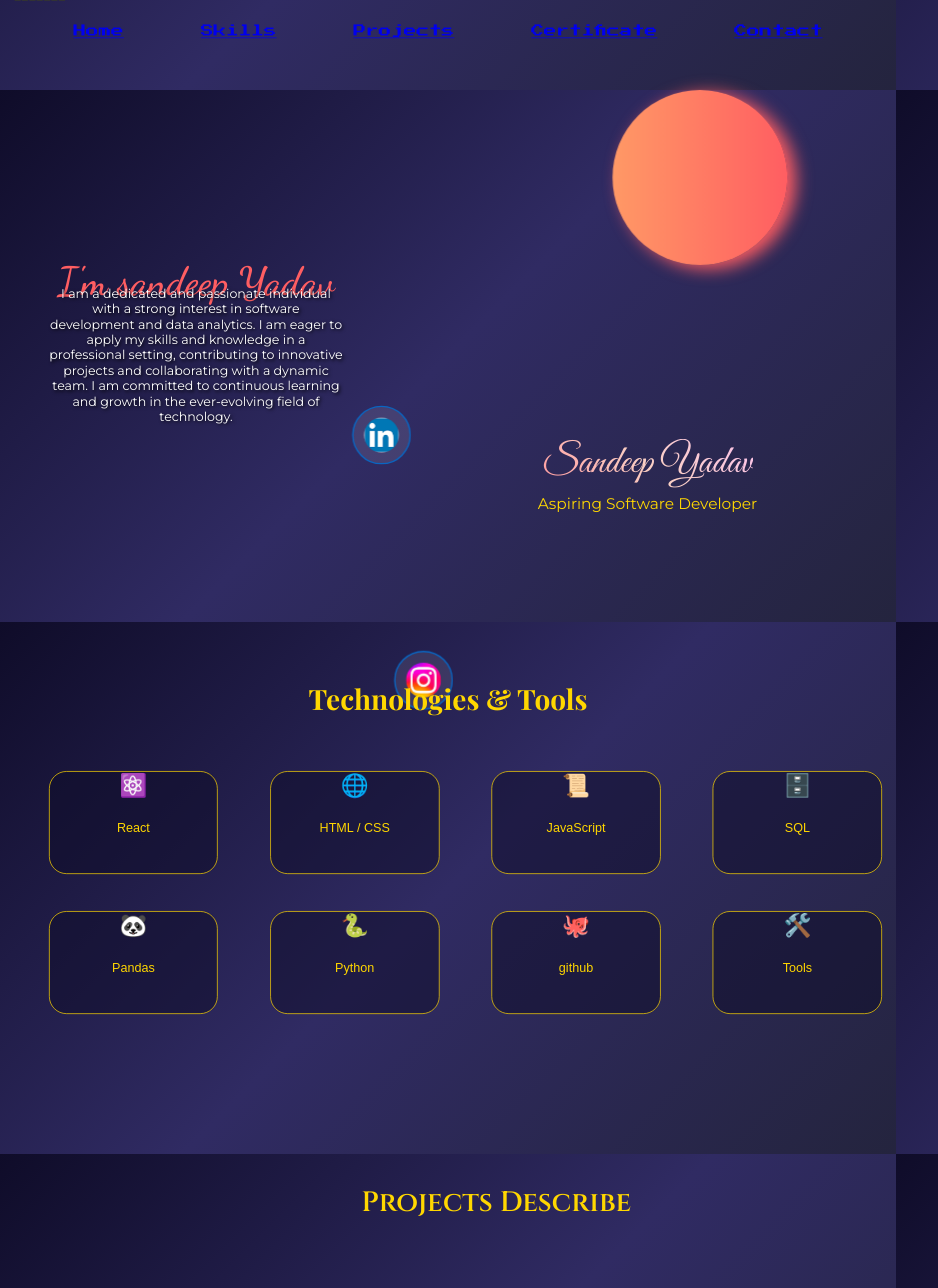
Repository: SandeepYadav18717/Sandeep_portfolio
Page: /
These files come from the project's save history. The page is drawn as it stood at one moment and after the next save; the edit follows.
The browser window is 1280 px wide. The page is 1340 px wide, so the pictures cover 1340 px, including what lies to the right of the window. The pictures show the part of the page from y = 632 to 2472 px (the page is 4565 px tall), at 70% of full size.
The project was rebuilt for these pictures with package versions that can differ from the ones it lists, and the page was loaded fresh each time. Also part of the build but not shown: vite.config.js.

Above is the page before, as saved 2025-09-03 06:02:55.

After the next save:
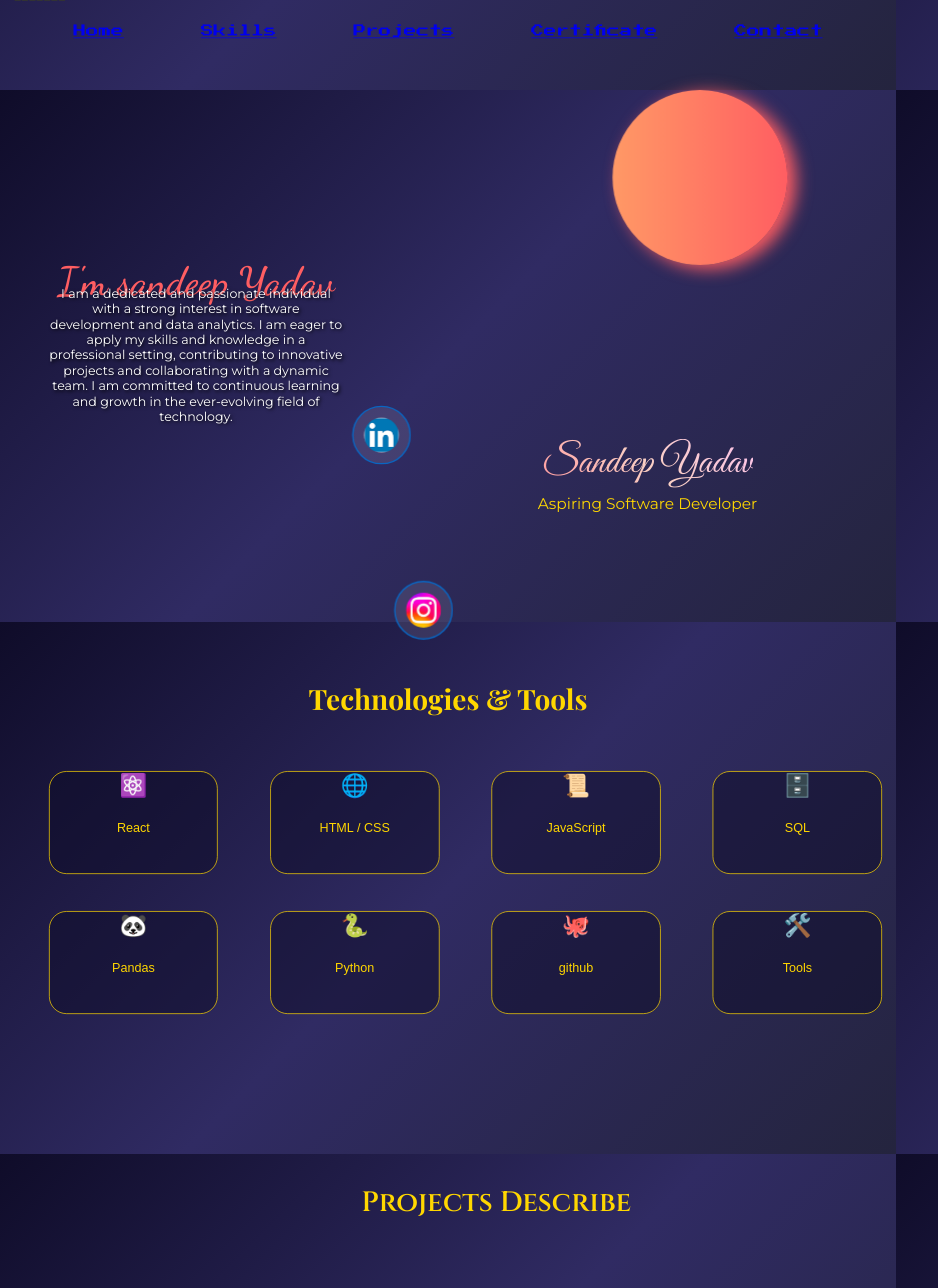
Saved 8 s later.
--- a/src/Pages/Index.jsx
+++ b/src/Pages/Index.jsx
@@ -28,7 +28,7 @@
          borderRadius: "50%",
         objectFit: "cover",
         border: "2px solid #0A66C2",
-           marginTop: "350px"   }} />
+           marginTop: "250px"   }} />
 
       </div>
       <div id="twitter"></div>
